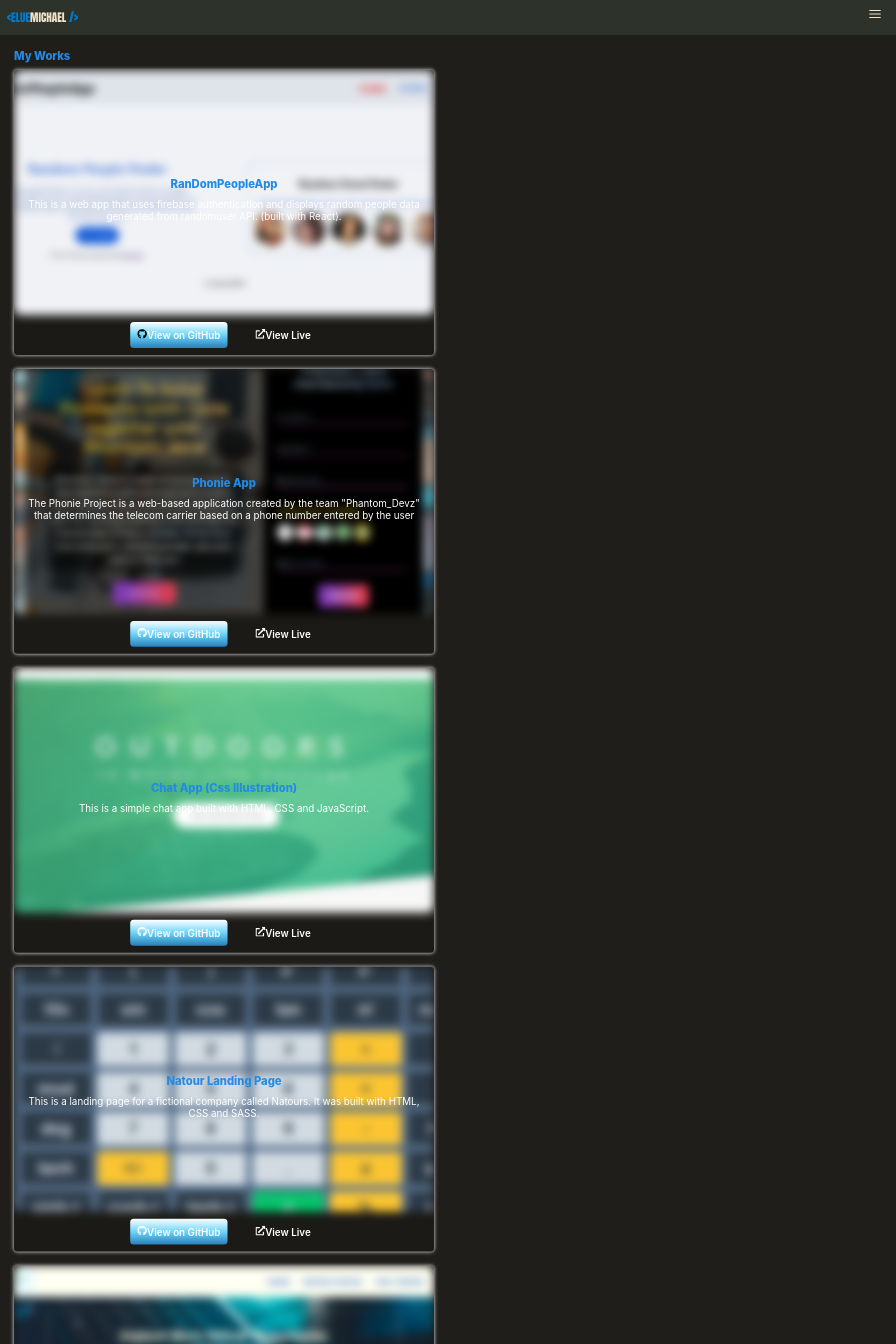
Repository: MikkyPrestige/portfolio
Page: /projects
An editor plug-in stored every save of this project. The page is shown before and after the next save, followed by the edit.
The browser window is 1280 px wide. The pictures show the part of the page from y = 0 to 1920 px (the page is 5651 px tall), at 70% of full size.
The project was rebuilt for these pictures with package versions that can differ from the ones it lists, and the page was loaded fresh each time. Also part of the build but not shown: src/components/avatar.jsx, src/components/home.jsx, src/components/about.jsx, src/components/fallback.jsx.

Above is the page before, as saved 2023-02-21 18:24:45.

After the next save:
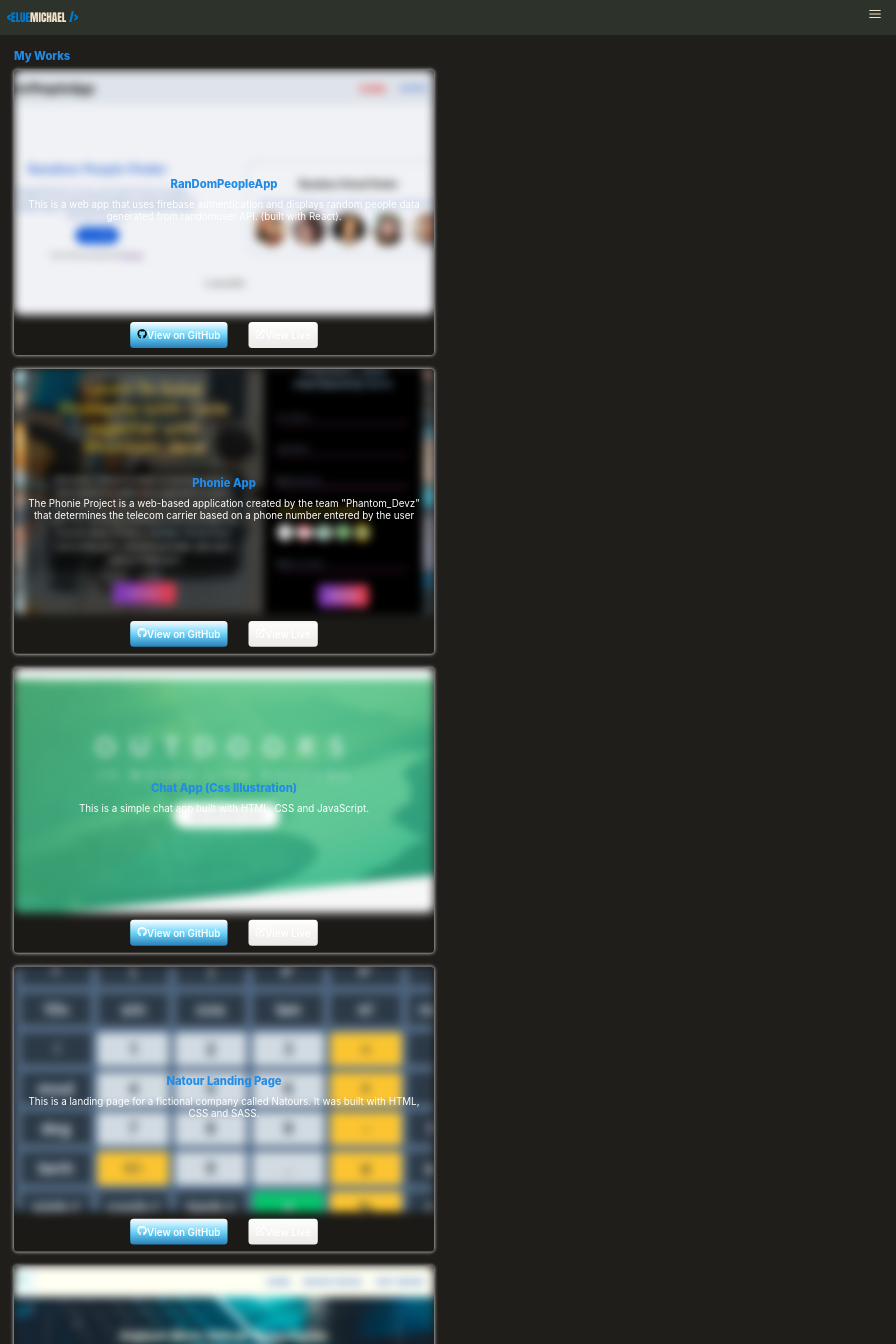
Saved 116 s later.
--- a/src/components/projects.jsx
+++ b/src/components/projects.jsx
@@ -29,7 +29,7 @@ const Projects = () => {
             <Link
               to={{ pathname: "https://randompeopleapp.vercel.app" }}
               target="_blank"
-              className="project--card__links__link project--card__links__link-live"
+              className="project--card__links__link live-link-bg"
             >
               <FaExternalLinkAlt />
               View Live
@@ -61,7 +61,7 @@ const Projects = () => {
             <Link
               to={{ pathname: "https://phantom-devz-phonie.netlify.app/" }}
               target="_blank"
-              className="project--card__links__link primary-color-bg"
+              className="project--card__links__link live-link-bg"
             >
               <FaExternalLinkAlt />
               View Live
@@ -93,7 +93,7 @@ const Projects = () => {
             <Link
               to={{ pathname: "https://chat-app-css-project.netlify.app/" }}
               target="_blank"
-              className="project--card__links__link"
+              className="project--card__links__link live-link-bg"
             >
               <FaExternalLinkAlt />
               View Live
@@ -126,7 +126,7 @@ const Projects = () => {
             <Link
               to={{ pathname: "https://natour-landing-page.netlify.app/" }}
               target="_blank"
-              className="project--card__links__link"
+              className="project--card__links__link live-link-bg"
             >
               <FaExternalLinkAlt />
               View Live
@@ -159,7 +159,7 @@ const Projects = () => {
             <Link
               to={{ pathname: "https://github-repos-display.vercel.app/" }}
               target="_blank"
-              className="project--card__links__link"
+              className="project--card__links__link live-link-bg"
             >
               <FaExternalLinkAlt />
               View Live
@@ -194,7 +194,7 @@ const Projects = () => {
                 pathname: "https://fantastic-crostata-3e9a02.netlify.app/",
               }}
               target="_blank"
-              className="project--card__links__link"
+              className="project--card__links__link live-link-bg"
             >
               <FaExternalLinkAlt />
               View Live
@@ -226,7 +226,7 @@ const Projects = () => {
             <Link
               to={{ pathname: "https://fake-auth.vercel.app/" }}
               target="_blank"
-              className="project--card__links__link"
+              className="project--card__links__link live-link-bg"
             >
               <FaExternalLinkAlt />
               View Live
@@ -253,7 +253,7 @@ const Projects = () => {
             <Link
               to={{ pathname: "https://calculator-omega-murex.vercel.app/" }}
               target="_blank"
-              className="project--card__links__link"
+              className="project--card__links__link live-link-bg"
             >
               <FaExternalLinkAlt />
               View Live
@@ -289,7 +289,7 @@ const Projects = () => {
                   "https://interactive-ratings-component-project.netlify.app/",
               }}
               target="_blank"
-              className="project--card__links__link"
+              className="project--card__links__link live-link-bg"
             >
               <FaExternalLinkAlt />
               View Live
@@ -322,7 +322,7 @@ const Projects = () => {
             <Link
               to={{ pathname: "https://fylo-data-store-layout.netlify.app/" }}
               target="_blank"
-              className="project--card__links__link"
+              className="project--card__links__link live-link-bg"
             >
               <FaExternalLinkAlt />
               View Live
@@ -356,7 +356,7 @@ const Projects = () => {
                 pathname: "https://order-summary-card-project.netlify.app/",
               }}
               target="_blank"
-              className="project--card__links__link"
+              className="project--card__links__link live-link-bg"
             >
               <FaExternalLinkAlt />
               View Live
@@ -390,7 +390,7 @@ const Projects = () => {
                 pathname: "https://stats-preview-card-project.netlify.app/",
               }}
               target="_blank"
-              className="project--card__links__link"
+              className="project--card__links__link live-link-bg"
             >
               <FaExternalLinkAlt />
               View Live
@@ -422,7 +422,7 @@ const Projects = () => {
             <Link
               to={{ pathname: "https://shoe-brand-landing-page.netlify.app/" }}
               target="_blank"
-              className="project--card__links__link"
+              className="project--card__links__link live-link-bg"
             >
               <FaExternalLinkAlt />
               View Live
